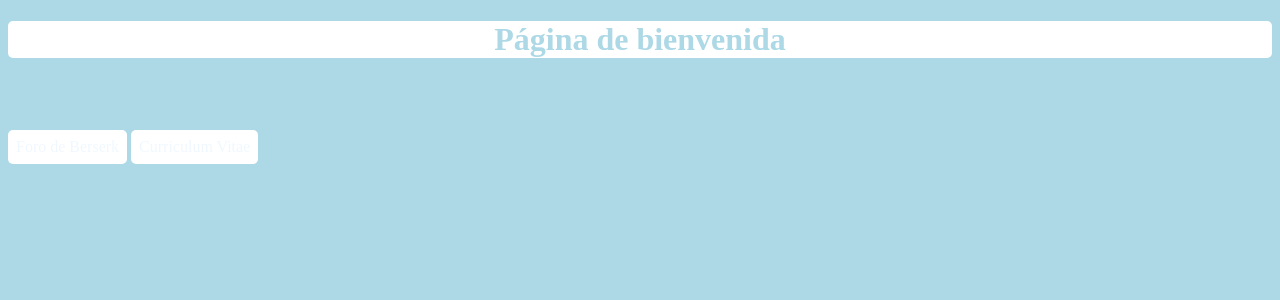
Repository: MateoSantander/Ejercicios4y5
Page: http://localhost/Ejercicio_4/
An editor plug-in stored every save of this project. The page is shown before and after the next save, followed by the edit.
The browser window is 1280 px wide. The pictures show the whole page.
The page is served by Tomcat 9. Other server files are loaded and not shown.

Above is the page before, as saved 2022-03-18 14:59:08.
Not found: Ejercicio_4/Ejercicio_4/css/stars.jpg

### Ejercicio_4/src/main/webapp/index.html
<!DOCTYPE html>
<html>
<head>
<meta charset="UTF-8">
<title>Insert title here</title>
<link rel="stylesheet" href="css/index.css">
</head>
<body>
<header><h1>Página de bienvenida</h1></header>
	<nav>
		<a href="otrasPaginas/pagina_principal.html">Foro de Berserk</a>
		<a href="otrasPaginas/paginaCV.html">Curriculum Vitae</a>
		</nav>
</body>
</html>

### Ejercicio_4/src/main/webapp/css/index.css
@charset "ISO-8859-1";

body{
background-color: lightblue;
background-image: url(stars.jpg);
}

header>h1{

       color:lightblue;
        text-align:center;
        border-radius: 5px;
       	background-color:white;
  }


nav>a{
    margin-top: 50px;
    border-radius: 5px;
    padding: 8px;
    background-color:white;
    display: inline-block;
    text-decoration: none;
    color: aliceblue;
}

After the next save:
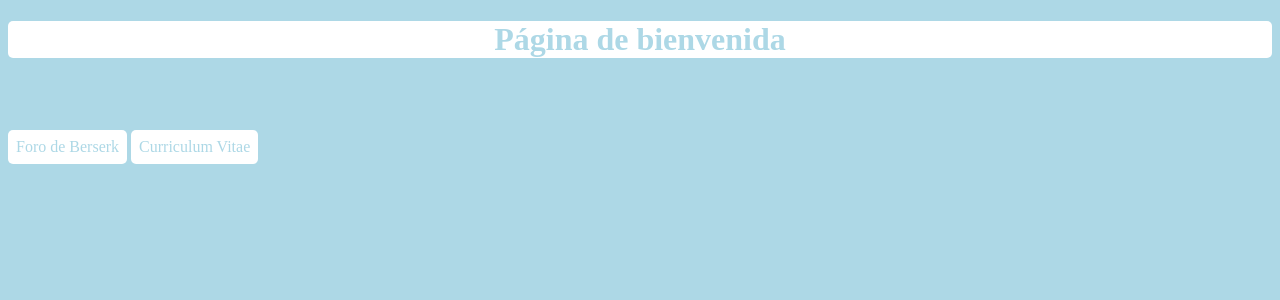
Saved 60 s later.
--- a/Ejercicio_4/src/main/webapp/css/index.css
+++ b/Ejercicio_4/src/main/webapp/css/index.css
@@ -15,11 +15,12 @@ header>h1{
 
 
 nav>a{
+	text-align:center;
     margin-top: 50px;
     border-radius: 5px;
     padding: 8px;
     background-color:white;
     display: inline-block;
     text-decoration: none;
-    color: aliceblue;
+    color: lightblue;
 }
